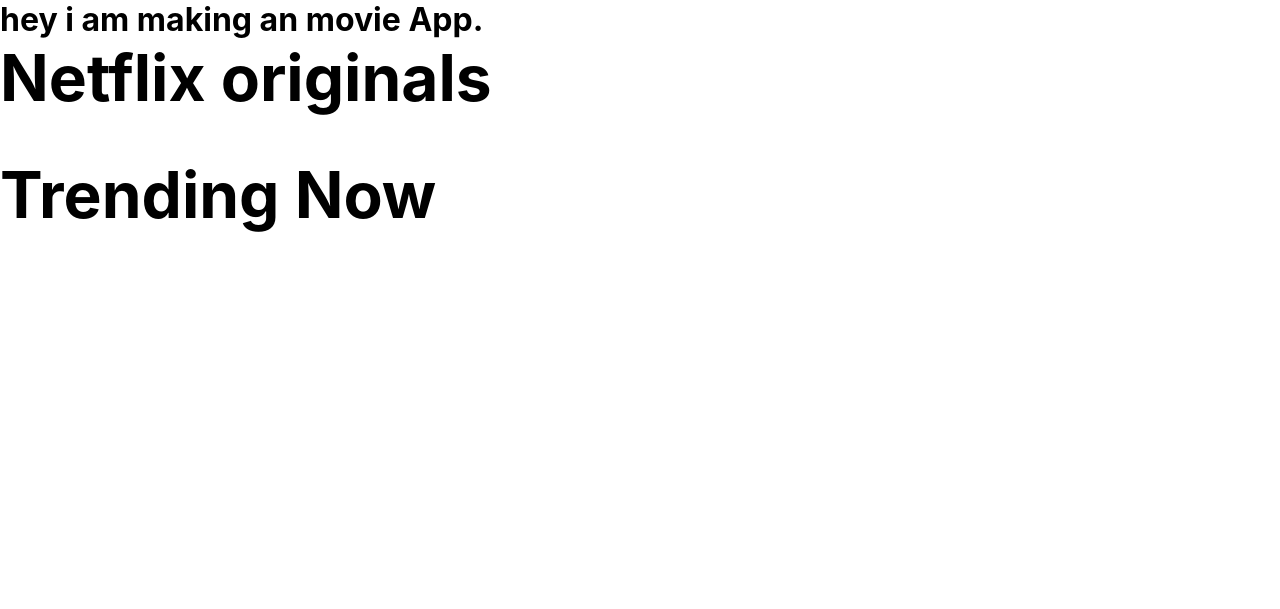
Repository: ramtoppo12/movieApp
Page: /
An editor plug-in stored every save of this project. The page is shown before and after the next save, followed by the edit.
The browser window is 1280 px wide. The pictures show the whole page.
The page's requests for data from a server got no answer. The project was rebuilt for these pictures with package versions that can differ from the ones it lists, and the page was loaded fresh each time. No one was signed in, and anything a server would have sent is missing. Also part of the build but not shown: src/App.css.

Above is the page before, as saved 2020-11-09 21:13:37.

### src/App.js
import './App.css';
import React from "react";
import Row from "./Row";
import requests from "./request";

function App() {
  return (
    <div className="App">
      <h1>
        hey i am making an movie App.
        <Row title="Netflix originals" fetchUrl={requests.fetchNetfixOriginals}/>
        <Row title="Trending Now" fetchUrl={requests.fetchTrendingNow}/>
      </h1>
    </div>
  );
}

export default App;

### src/Row.js
import React, { useState,useEffect } from 'react';
import axios from "./axios";
import "./row.css";
const base_url = "https://image.tmdb.org/t/p/original/";


export default function Row({title,fetchUrl}) {
    const [movies,setMovies]=useState([]);
    useEffect(()=>{
        //if we leave the bracket Run once
        async function fetchData(){
            const request = await axios.get(fetchUrl);
            console.log(request);
            setMovies(request.data.results);
            return request;
        }
        fetchData();
    },[fetchUrl])

    console.log(movies)
    return (
        <div className="row">
            <h1>{title}</h1>
            <div className="row__posters">
            {movies.map(movie =>(
                <img key={movie.id}className="row__poster" src={`${base_url}${movie.poster_path}`}/>
            ))}
            </div>
        </div>
    )
}

### src/request.js
const API_KEY ="4d985b549a4462ab7e93d987c24153c7";

const requests ={
    fetchTrendingNow:`/trending/all/week?api_key=${API_KEY}&language=en-US`,
fetchTopRated:`/movie/top_rated?api_key=${API_KEY}&language=en-US`,
fetchNetfixOriginals:`/discover/tv?api_key=${API_KEY}&with_network=213`,
fetchComedyMovies:`/discover/movie?api_key=${API_KEY}&with_genres=35`,
fetchHorrorMovies:`/discover/movie?api_key=${API_KEY}&with_genres=27`,
fetchRomenticMovies:`/discover/movie?api_key=${API_KEY}&with_genres=10749`,
fetchActionMovies:`/discover/movie?api_key=${API_KEY}&with_genres=28`,
fetchDocumentaries:`discover/movie?api_key=${API_KEY}&with_genres=99`,

// https://api.themoviedb.org/3/genre/movie/list
// https://api.themoviedb.org/3/trending/all/week
// https://api.themoviedb.org/3/search/keyword?query=parasite
}


export default requests;

### src/axios.js
import axios from "axios";
const instance = axios.create({
    baseURL:"https://api.themoviedb.org/3",
});

export default instance;

### src/row.css
.row__posters {
  display: flex;
  overflow-y: hidden;
  overflow-x: scroll;
  padding: 20px;
}
.row__posters::-webkit-scrollbar {
  display: none;
}
.row__poster {
  object-fit: contain;
  width: 100%;
  max-height: 150px;
  margin: 0 10px 0 0;
  transition: transform 450ms;
  cursor: pointer;
}
.row__poster:hover {
  transform: scale(1.08);
  opacity: 1;
}

Loaded but not shown: public/index.html (common file); src/index.js (common file); src/index.css (common file); src/reportWebVitals.js (common file)

After the next save:
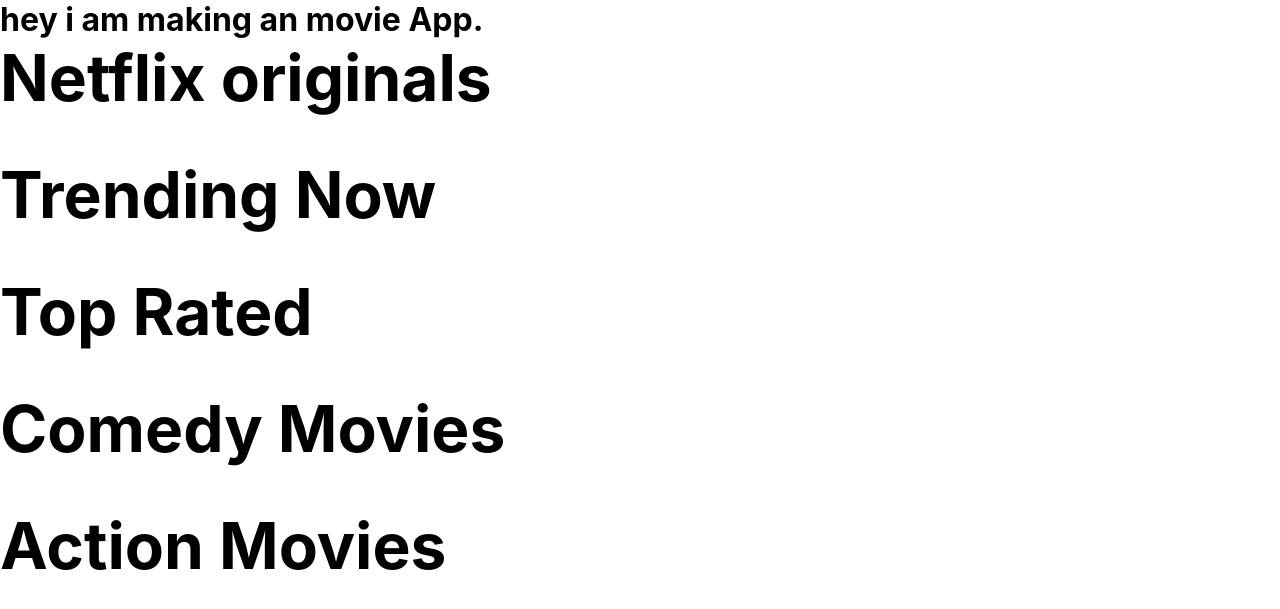
Saved 113 s later.
--- a/src/App.js
+++ b/src/App.js
@@ -10,6 +10,10 @@
         hey i am making an movie App.
         <Row title="Netflix originals" fetchUrl={requests.fetchNetfixOriginals}/>
         <Row title="Trending Now" fetchUrl={requests.fetchTrendingNow}/>
+        <Row title="Top Rated" fetchUrl={requests.fetchTopRated}/>
+        <Row title="Comedy Movies" fetchUrl={requests.fetchComedyMovies}/>
+        <Row title="Action Movies" fetchUrl={requests.fetchActionMovies}/>
+
       </h1>
     </div>
   );
